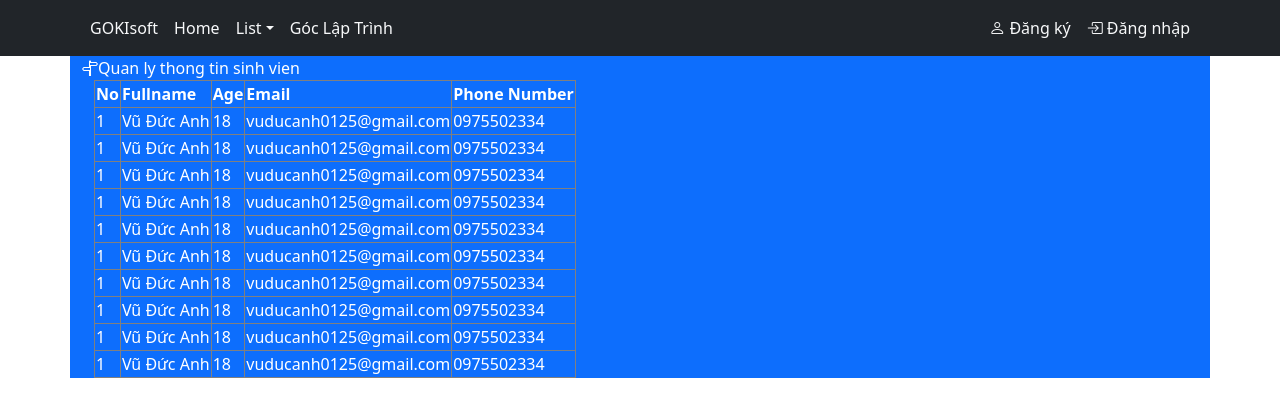
Repository: AnhDuc0125/HTML-Aptech
Page: bt2045/index.html
An editor plug-in stored every save of this project. The page is shown before and after the next save, followed by the edit.
The browser window is 1280 px wide. The pictures show the whole page.
Some web libraries are served in a nearby version.

Above is the page before, as saved 2021-12-13 20:54:18.

### bt2045/index.html
<!DOCTYPE html>
<html lang="en">
<head>
    <meta charset="UTF-8">
    <meta http-equiv="X-UA-Compatible" content="IE=edge">
    <meta name="viewport" content="width=device-width, initial-scale=1.0">
    <title>Document</title>
    <link rel="stylesheet" href="https://cdn.jsdelivr.net/npm/bootstrap-icons@1.7.2/font/bootstrap-icons.css">
    <link href="https://cdn.jsdelivr.net/npm/bootstrap@5.1.2/dist/css/bootstrap.min.css" rel="stylesheet">
<script src="https://cdn.jsdelivr.net/npm/bootstrap@5.1.2/dist/js/bootstrap.bundle.min.js"></script>
</head>
<body>
    <nav class="navbar navbar-expand-sm text-white bg-dark">
        <div class="container">
            <ul class="navbar-nav">
                <li class="nav-item"><a class="nav-link text-light" href="#">GOKIsoft</a></li>
                <li class="nav-item"><a class="nav-link text-light" href="#">Home</a></li>
                <li class="nav-item"><a class="nav-link text-light dropdown-toggle" href="#">List</a></li>
                <li class="nav-item"><a class="nav-link text-light" href="#">Góc Lập Trình</a></li>
            </ul>
                <ul class="navbar-nav navbar-right">
                    <li class="nav-item"><a class="nav-link text-light ms-auto" href="#"><i class="bi bi-person"></i> Đăng ký</a></li>
                    <li class="nav-item"><a class="nav-link text-light ms-auto" href="#"><i class="bi bi-box-arrow-in-right"></i> Đăng nhập</a></li>
                </ul>
        </div>
    </nav>
    <div class="boxed bg-primary text-white container">
        <i class="bi bi-signpost-split"></i>Quan ly thong tin sinh vien
        <div class="container">
            <table class="table-bordered">
                <thead>
                    <tr>
                        <th>No</th>
                        <th>Fullname</th>
                        <th>Age</th>
                        <th>Email</th>
                        <th>Phone Number</th>
                    </tr>
                </thead>
                <tbody>
                    <tr>
                        <td>1</td>
                        <td>Vũ Đức Anh</td>
                        <td>18</td>
                        <td>vuducanh0125@gmail.com</td>
                        <td>0975502334</td>
                    </tr>
                    <tr>
                        <td>1</td>
                        <td>Vũ Đức Anh</td>
                        <td>18</td>
                        <td>vuducanh0125@gmail.com</td>
                        <td>0975502334</td>
                    </tr>
                    <tr>
                        <td>1</td>
                        <td>Vũ Đức Anh</td>
                        <td>18</td>
                        <td>vuducanh0125@gmail.com</td>
                        <td>0975502334</td>
                    </tr>
                    <tr>
                        <td>1</td>
                        <td>Vũ Đức Anh</td>
                        <td>18</td>
                        <td>vuducanh0125@gmail.com</td>
                        <td>0975502334</td>
                    </tr>
                    <tr>
                        <td>1</td>
                        <td>Vũ Đức Anh</td>
                        <td>18</td>
                        <td>vuducanh0125@gmail.com</td>
                        <td>0975502334</td>
                    </tr>
                    <tr>
                        <td>1</td>
                        <td>Vũ Đức Anh</td>
                        <td>18</td>
                        <td>vuducanh0125@gmail.com</td>
                        <td>0975502334</td>
                    </tr>
                    <tr>
                        <td>1</td>
                        <td>Vũ Đức Anh</td>
                        <td>18</td>
                        <td>vuducanh0125@gmail.com</td>
                        <td>0975502334</td>
                    </tr>
                    <tr>
                        <td>1</td>
                        <td>Vũ Đức Anh</td>
                        <td>18</td>
                        <td>vuducanh0125@gmail.com</td>
                        <td>0975502334</td>
                    </tr>
                    <tr>
                        <td>1</td>
                        <td>Vũ Đức Anh</td>
                        <td>18</td>
                        <td>vuducanh0125@gmail.com</td>
                        <td>0975502334</td>
                    </tr>
                    <tr>
                        <td>1</td>
                        <td>Vũ Đức Anh</td>
                        <td>18</td>
                        <td>vuducanh0125@gmail.com</td>
                        <td>0975502334</td>
                    </tr>
                </tbody>
            </table>
        </div>
    </div>
</body>
</html>

After the next save:
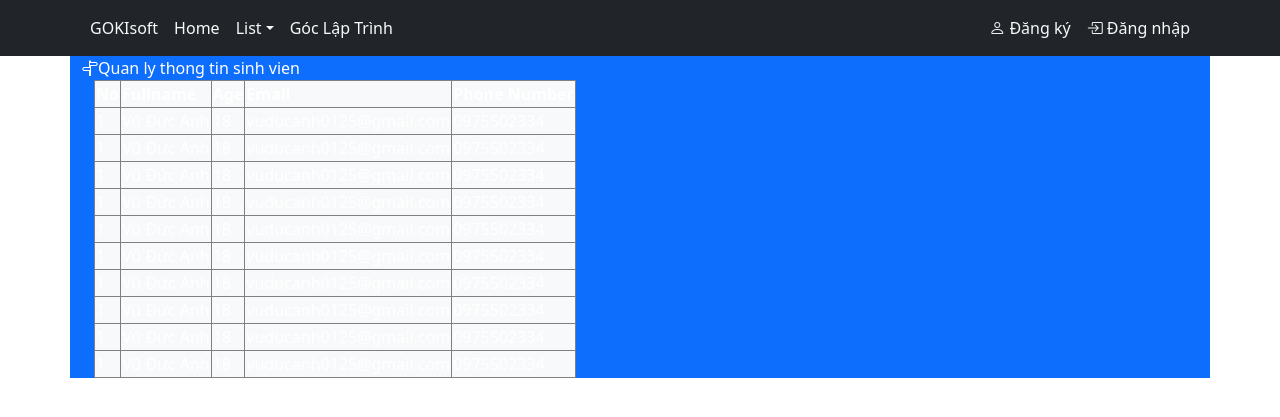
Saved 8 s later.
--- a/bt2045/index.html
+++ b/bt2045/index.html
@@ -27,7 +27,7 @@
     <div class="boxed bg-primary text-white container">
         <i class="bi bi-signpost-split"></i>Quan ly thong tin sinh vien
         <div class="container">
-            <table class="table-bordered">
+            <table class="table-bordered bg-light">
                 <thead>
                     <tr>
                         <th>No</th>
